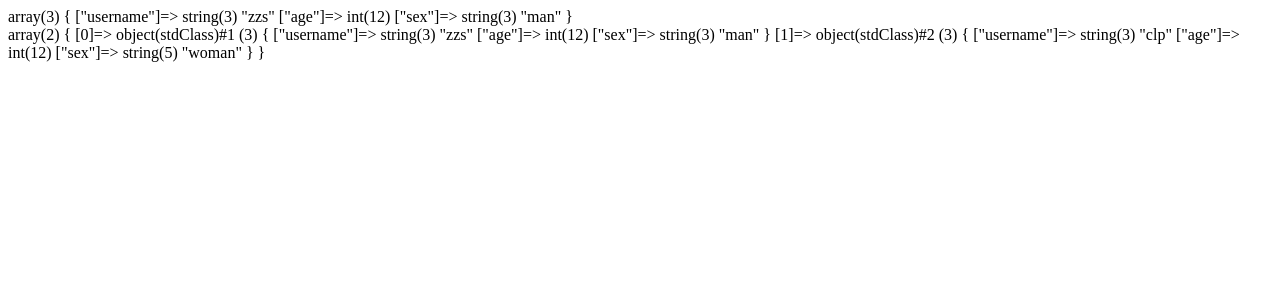
Repository: Sameldon930/phpLearn
Page: http://localhost/phpLearn/json/backend/example.php
An editor plug-in stored every save of this project. The page is shown before and after the next save, followed by the edit.
The browser window is 1280 px wide. The pictures show the whole page.
The page is run by PHP 8.4 with error messages shown; the project is at /var/www/html/.

Above is the page before, as saved 2019-05-22 11:30:35.

### json/backend/example.php
<?php

//一维数组
$arr1 = array(
    "username"=>'zzs',
    "age"=>12,
    "sex"=>"man"
);
//二维数组
$arr2 = array(
    array(
        "username" => 'zzs',
        "age"=>12,
        "sex"=>"man"
    ),
    array(
        "username" => 'clp',
        "age"=>12,
        "sex"=>"woman"
    )
);




$ja1 = json_encode($arr1);
$ja2 = json_encode($arr2);

var_dump(json_decode($ja1,true));
echo "<br/>";
var_dump(json_decode($ja2));

After the next save:
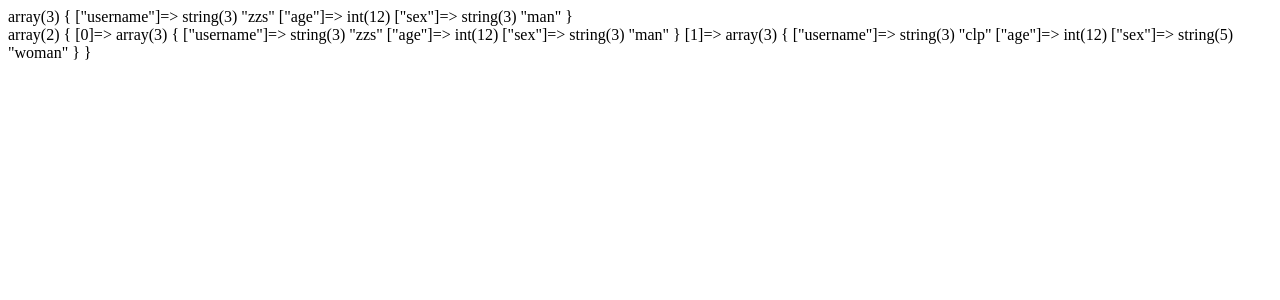
Saved 5 s later.
--- a/json/backend/example.php
+++ b/json/backend/example.php
@@ -28,4 +28,4 @@ $ja2 = json_encode($arr2);
 
 var_dump(json_decode($ja1,true));
 echo "<br/>";
-var_dump(json_decode($ja2));
+var_dump(json_decode($ja2,true));
